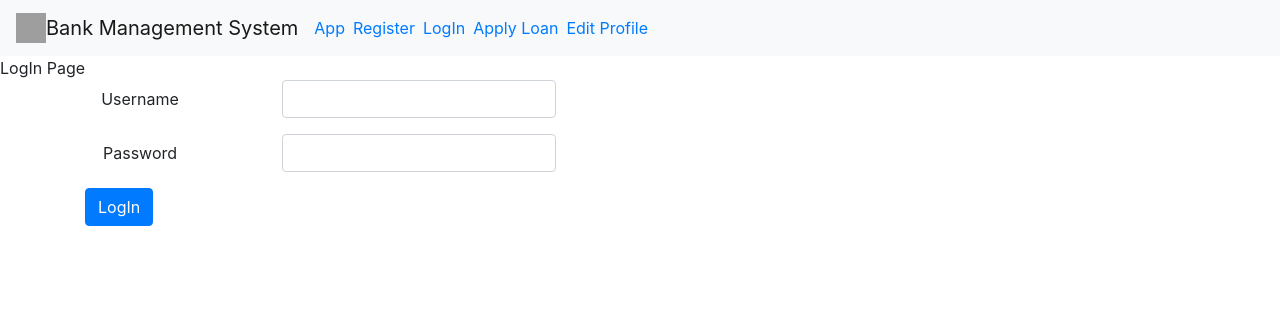
Repository: Nilkumar-Sharma/Bank-Management-System-Frontend-React
Page: /login
An editor plug-in stored every save of this project. The page is shown before and after the next save, followed by the edit.
The browser window is 1280 px wide. The pictures show the whole page.
Pictures or frames that could not be fetched are drawn as grey boxes. The project was rebuilt for these pictures with package versions that can differ from the ones it lists, and the page was loaded fresh each time. Also part of the build but not shown: src/App.css, src/Counter/Counter.js, src/App.js, src/components/Register/Register.module.scss, src/components/Register/Register.js, src/components/LogIn/LogIn.module.scss, src/components/Loan/Loan.module.scss, src/components/Loan/Loan.js and 1 more.

Above is the page before, as saved 2020-07-28 13:42:58.

### src/index.js
import React from 'react';
import ReactDOM from 'react-dom';
import './index.css';
import App from './App';
import * as serviceWorker from './serviceWorker';
import { Provider } from 'react-redux'
import { createStore } from 'redux'
import rootReducer from './store/reducer'
import { BrowserRouter, Switch,Route,Link } from 'react-router-dom';
import Register from './components/Register/Register'
import { createBrowserHistory } from 'history';
import 'bootstrap/dist/css/bootstrap.min.css';
import LogIn from './components/LogIn/LogIn';
import Loan from './components/Loan/Loan'
import UpdateProfile from './components/Profile/UpdateProfile';

const store = createStore(rootReducer);
store.subscribe(_=>console.log(store.getState()))

ReactDOM.render(
  <Provider store={store}>
    <React.StrictMode>
      <BrowserRouter>

        <nav className="navbar navbar-expand-lg navbar-light bg-light ">
          {/* header */}
          <a className="navbar-brand" href="#">
            <img src="/docs/4.0/assets/brand/bootstrap-solid.svg" width="30" height="30" className="d-inline-block align-top" alt=""></img>
              Bank Management System
  </a>

          <ul className="navbar-nav  mr-auto">
          <li className="nav-item mr-2">
            <Link to="/">App</Link>
            </li>
            <li className="nav-item mr-2">
            <Link to="/register">Register</Link>
          </li>
            <li className="nav-item mr-2">
            <Link to="/login">LogIn</Link>
            </li>
            <li className="nav-item mr-2">
              <Link to="/loan">Apply Loan</Link>
            </li>
            <li className="nav-item mr-2">
              <Link to="/edit">Edit Profile</Link>
            </li>
          </ul>
        </nav>


      {/* A <Switch> looks through its children <Route>s and
            renders the first one that matches the current URL. */}
      <Switch>
        <Route exact path="/">
          <App />
          </Route>
          <Route exact path="/register">
            <Register />
          </Route>
          <Route path="/login">
            <LogIn/>
          </Route>
          <Route path="/loan">
            <Loan></Loan>
          </Route>
          <Route path="/edit">
            <UpdateProfile></UpdateProfile>
          </Route>
      </Switch>
      </BrowserRouter>
    </React.StrictMode>

  </Provider>,
  document.getElementById('root')
);

// If you want your app to work offline and load faster, you can change
// unregister() to register() below. Note this comes with some pitfalls.
// Learn more about service workers: https://bit.ly/CRA-PWA
serviceWorker.unregister();

### src/store/reducer.js
const initialState = {
    counter: 0
};

const rootReducer = (state = initialState, action) => {
    switch (action.type){
    case "INC":
            return { counter: state.counter + 1 }
        case "DEC":
            return { counter: state.counter - 1 }
        default:
            return state
}
}
export default rootReducer;

### src/components/LogIn/LogIn.js
import React, { Component } from 'react';
import InputField from '../Shared/InputField/InputField'
import style from './LogIn.module.scss';
import MyButton from '../Shared/MyButton/MyButton'
/**
 *  As a Customer, I should be able to register my details in the system so that I can
 * login into the system Acceptance criteria: Customer should be able register the details
 * in the system and it should be saved in the database. Customer should be able to login with
 * a User Id and Password that exists in database.
 * On clicking logout the session should be invalidated and login page must be displayed Capture the
 * details like Name, Username, Password, Address, State, Country, Email Address, PAN, Contact No, DOB,
 * Account Type etc

*/
class LogIn extends Component{

    render() {
        return (<div>
            LogIn Page
            <div className="container">
                {/* <InputField Label="Name"></InputField> */}
                <InputField Label="Username"></InputField>
                <InputField Label="Password"></InputField>
                {/* <InputField Label="Address"></InputField>
                <InputField Label="State"></InputField>
                <InputField Label="Country"></InputField>
                <InputField Label="Email"></InputField>
                <InputField Label="Pan"></InputField>
                <InputField Label="Contact No."></InputField>
                <InputField Label="Dob"></InputField>
                <InputField Label="Account Type"></InputField> */}

                <MyButton label="LogIn"></MyButton>









                </div>
            </div>)
        }
}
export default LogIn;

### src/components/Shared/InputField/InputField.js
import React, { Component } from 'react';
import './InputField.css'
class InputField extends Component {
    static defaultProps = {
        type: "text",
        changes:(e)=>console.log(e.target),
        Label: "Label",
        classes: "",
        value: "",
        id: "setId",
        name: "name",
        PlaceHolder: "PlaceHolder Here",
    }
    constructor(props) {
        super(props);
        this.state = {
            value: ""
        }
        // this.props.PlaceHolder = this.props.Label;

    }
    handleChange(event) {
        this.setState({ value: event.target.value });
        this.props.changes(event);
    }

    render() {
        return (
            // <div className="container-fluid">
            <div className="row">
                <div class="form-group form-inline" >
                <div className="col-6">
                    <label htmlFor={this.props.id}>{this.props.Label}</label>

                </div>
                <div className="col-6">
                        <input className="form-control" name={this.props.name} id={this.props.id} type={this.props.type} onChange={
                        // (this.props.changes) || ((e)=>{this.setState({value:e.target.value})})
                        (event) =>
                            this.handleChange(event)
                    } placeholder={this.props.placeHolder} value={this.state.value}></input>

                    </div>
                </div>
            </div>
        )
    }
}
export default InputField;

### src/components/Shared/MyButton/MyButton.js
/**
 * @props label: name of the button || default is "Label"
 * @props classes: Class Name
 * @props onClick: a function || Default is console.log("clicked")
 *
 */
import React,{Component } from 'react';

class MyButton extends Component {
    static defaultProps = {
        clicked:() => console.log("clicked "),
        label:"Button Label",
        value: "",
        classes: "btn btn-primary"
    }
    constructor(props) {
        super(props);
        console.log(this.props)

    }
    render() {
        return <button className={this.props.classes} onClick={this.props.clicked} value={this.props.value} >{this.props.label}</button>
    }

}

export default MyButton;

### src/components/Shared/InputField/InputField.css
label{
    width: 10px;
    margin-left: 50px;
}
/*  */

Loaded but not shown: public/index.html (common file); src/index.css (common file); src/serviceWorker.js (common file)

After the next save:
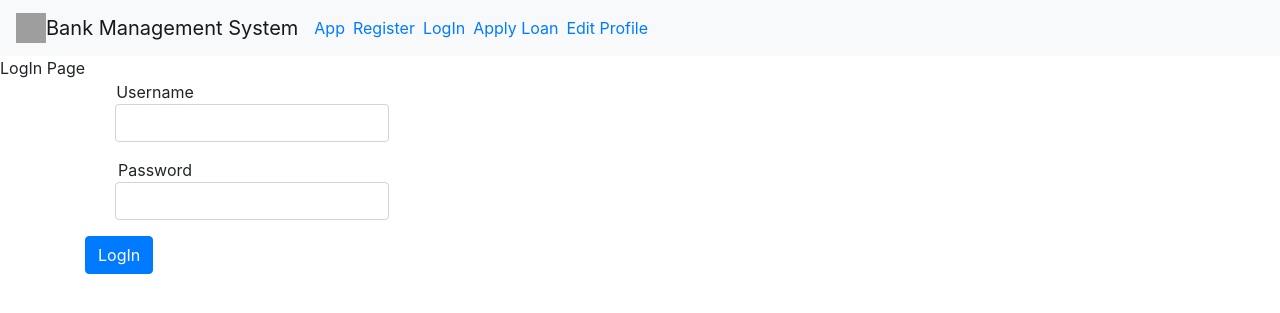
Saved 59 s later.
--- a/src/components/Shared/InputField/InputField.js
+++ b/src/components/Shared/InputField/InputField.js
@@ -27,12 +27,12 @@
     render() {
         return (
             // <div className="container-fluid">
-            <div className="row">
+            // <div className="row">
                 <div class="form-group form-inline" >
                 <div className="col-6">
                     <label htmlFor={this.props.id}>{this.props.Label}</label>
 
-                </div>
+                {/* </div> */}
                 <div className="col-6">
                         <input className="form-control" name={this.props.name} id={this.props.id} type={this.props.type} onChange={
                         // (this.props.changes) || ((e)=>{this.setState({value:e.target.value})})

After the save that followed:
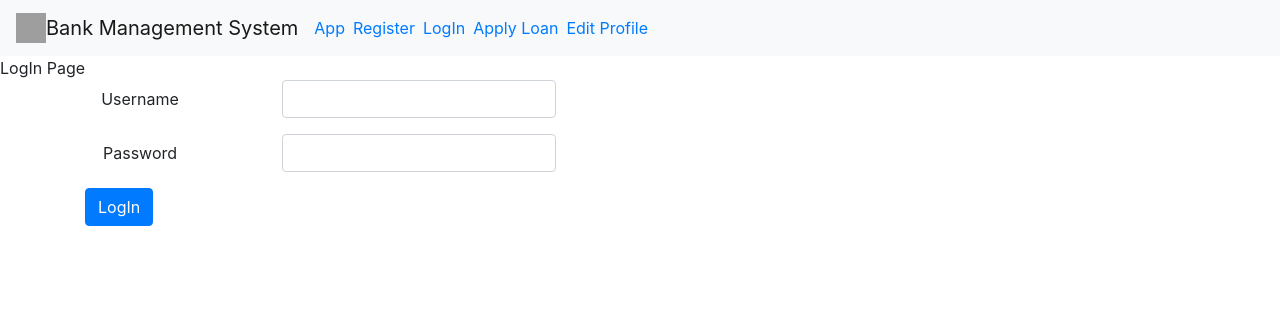
Saved 13 s later.
--- a/src/components/Shared/InputField/InputField.js
+++ b/src/components/Shared/InputField/InputField.js
@@ -27,12 +27,12 @@
     render() {
         return (
             // <div className="container-fluid">
-            // <div className="row">
+            <div className="row">
                 <div class="form-group form-inline" >
                 <div className="col-6">
                     <label htmlFor={this.props.id}>{this.props.Label}</label>
 
-                {/* </div> */}
+                </div>
                 <div className="col-6">
                         <input className="form-control" name={this.props.name} id={this.props.id} type={this.props.type} onChange={
                         // (this.props.changes) || ((e)=>{this.setState({value:e.target.value})})
